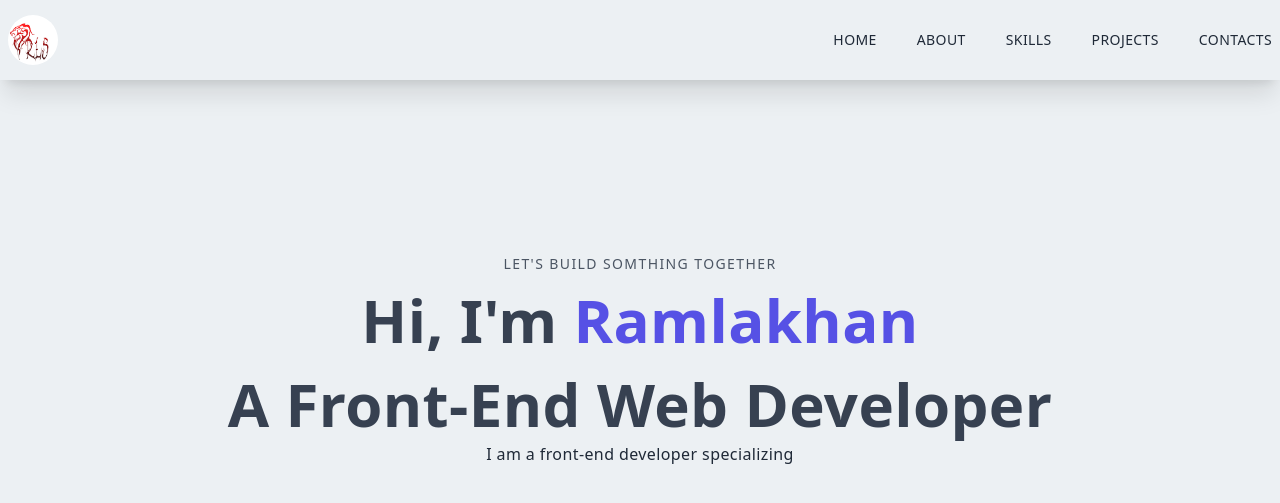
Repository: ram2642/portfolio-using-next-js
Page: /
These files come from the project's save history. The page is drawn as it stood at one moment and after the next save; the edit follows.
The browser window is 1280 px wide. The pictures show the whole page.
The project was rebuilt for these pictures with package versions that can differ from the ones it lists, and the page was loaded fresh each time. The framework's server and built-in components were replaced by stand-ins that run in the browser. Also part of the build but not shown: next.config.js.

Above is the page before, as saved 2022-09-04 01:54:41.

### pages/index.js
// import { Main } from 'next/document'
import Head from 'next/head'
import Image from 'next/image'
import Main from '../components/Main'
import Navbar from '../components/Navbar'


export default function Home() {
  return (
    <div className="">
      <Head>
        <title>Ramlakhan | Front-End Developer</title>
        <meta name="description" content="Generated by create next app" />
        <link rel="icon" href="/favicon.ico" />
      </Head>
      <Navbar/>
      <Main/>

    </div>
  )
}

### styles/globals.css
@tailwind base;
@tailwind components;
@tailwind utilities;


@layer base {
  body {
    @apply bg-[#ecf0f3] text-[#1f2937] tracking-wide
  }
  h1, h2, h3, h4, h5, h6 {
    @apply font-bold;
  }
  h1 {
    @apply text-4xl sm:text-5xl md:text-6xl;
  }
  h2 {
    @apply text-3xl sm:text-4xl;
  }
  li {
    @apply cursor-pointer;
  }
  button {
    @apply shadow-xl shadow-gray-400 rounded-xl uppercase bg-gradient-to-r from-[#5651e5] to-[#709dff] text-white
  }
  }

### components/Main.jsx
import React from 'react'

const Main = () => {
  return (
    <div className='w-full h-screen text-center'>
   <div className='max-w-[1240px] w-full h-full mx-auto p-2 flex justify-center items-center'>
    <div>
      <p className='uppercase text-sm tracking-widest text-gray-600'>Let's build somthing together</p>
      <h1 className='py-4 text-gray-700'>
        Hi, I'm <span className='text-[#5651e5]'> Ramlakhan</span>
      </h1>
      <h1 className='py-2 text-gray-700'>
        A Front-End Web Developer
      </h1>
      <p>
        I am a front-end developer specializing
      </p>
    </div>

   </div>
    </div>
  )
}

export default Main

### components/Navbar.jsx
import Image from "next/image";
import React, { useState } from "react";
import Link from "next/link";
import { AiOutlineClose, AiOutlineMenu, AiOutlineMail } from "react-icons/ai";
import { FaLinkedinIn, FaGithub } from "react-icons/fa";
import { BsFillPersonLinesFill } from "react-icons/bs";

const Navbar = () => {
  const [nav, setNav] = useState(false);

  const handleNav = () => {
    setNav(!nav);
  };
  return (
    <div className="fixed w-full h-20 shadow-xl z-[100]">
      <div className="flex justify-between items-center w-full h-full px-2 2xl:px-16">
        <Image
          className="rounded-full cursor-pointer"
          src="data:[embedded picture, 6010 characters]"
          alt=""
          width="50"
          height="50"
        />
        <div>
          <ul className="hidden md:flex">
            <Link href="/">
              <li className="ml-10 text-sm uppercase hover:border-b">Home</li>
            </Link>
            <Link href="/">
              <li className="ml-10 text-sm uppercase hover:border-b">About</li>
            </Link>
            <Link href="/">
              <li className="ml-10 text-sm uppercase hover:border-b">Skills</li>
            </Link>
            <Link href="/">
              <li className="ml-10 text-sm uppercase hover:border-b">
                Projects
              </li>
            </Link>
            <Link href="/">
              <li className="ml-10 text-sm uppercase hover:border-b">
                Contacts
              </li>
            </Link>
          </ul>
          <div onClick={handleNav} className="md:hidden cursor-pointer">
            <AiOutlineMenu size={25} />
          </div>
        </div>
      </div>
      <div className={nav ? 'md:hidden fixed left-0 top-0 w-full h-screen bg-black/70' : ''}>
        <div className={nav ? "fixed left-0 top-0 w-[75%] sm:w-[60%] md:w-[45%] h-screen bg-[#ecf0f3] p-10 ease-in duration-500" : "fixed left-[-100%] top-0  p-10 ease-in duration-500"}>
          <div>
            <div className="flex w-full items-center justify-between">
              <Image
                className="rounded-full cursor-pointer"
                src="data:[embedded picture, 6010 characters]"
                alt=""
                width="50"
                height="50"
              />
              <div onClick={handleNav} className="rounded-full shadow-lg shadow-gray-400 p-3 cursor-pointer">
                <AiOutlineClose />
              </div>
            </div>
            <div className="border-b border-gray-300 my-4">
              <p className="w-[85%] md:w-[905] PY-4">
                Let's builds something legendary together
              </p>
            </div>
          </div>
          <div className="py-4 flex flex-col">
            <ul className="uppercase">
              <Link href="/">
                <li className="py-4 text-sm">Home</li>
              </Link>
              <Link href="/">
                <li className="py-4 text-sm">About</li>
              </Link>
              <Link href="/">
                <li className="py-4 text-sm">Skills</li>
              </Link>
              <Link href="/">
                <li className="py-4 text-sm">Projects</li>
              </Link>
              <Link href="/">
                <li className="py-4 text-sm">Contacts</li>
              </Link>
            </ul>
            <div className="pt-40">
              <p className="uppercase tracking-widest text-[#5651e5]">
                Let's Connect
              </p>
              <div className="flex items-center justify-between my-4 w-full sm:w-[80%]">
                <div className="rounded-full shadow-lg shadow-gray-400 p-3 cursor-pointer hover:scale-105 ease-in duration-300">
                  <FaLinkedinIn />
                </div>
                <div className="rounded-full shadow-lg shadow-gray-400 p-3 cursor-pointer hover:scale-105 ease-in duration-300">
                  <FaGithub />
                </div>
                <div className="rounded-full shadow-lg shadow-gray-400 p-3 cursor-pointer hover:scale-105 ease-in duration-300">
                  <AiOutlineMail />
                </div>
                <div className="rounded-full shadow-lg shadow-gray-400 p-3 cursor-pointer hover:scale-105 ease-in duration-300">
                  <BsFillPersonLinesFill />
                </div>
              </div>
            </div>
          </div>
        </div>
      </div>
    </div>
  );
};

export default Navbar;

Loaded but not shown: pages/_app.js (common file); tailwind.config.js (common file)

After the next save:
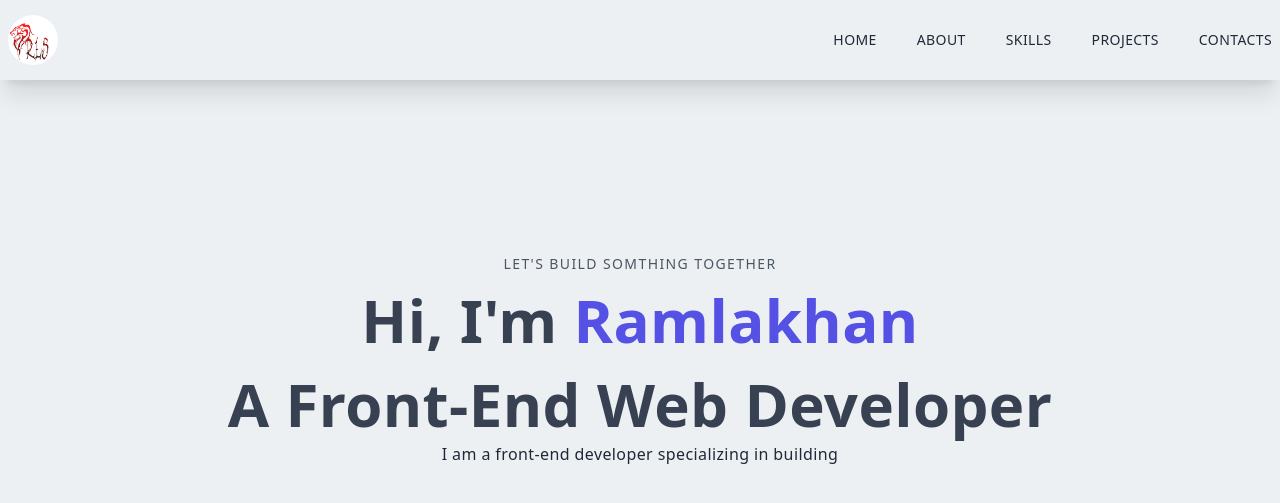
Saved 5 s later.
--- a/components/Main.jsx
+++ b/components/Main.jsx
@@ -13,7 +13,7 @@ const Main = () => {
         A Front-End Web Developer
       </h1>
       <p>
-        I am a front-end developer specializing
+        I am a front-end developer specializing in building
       </p>
     </div>
 
